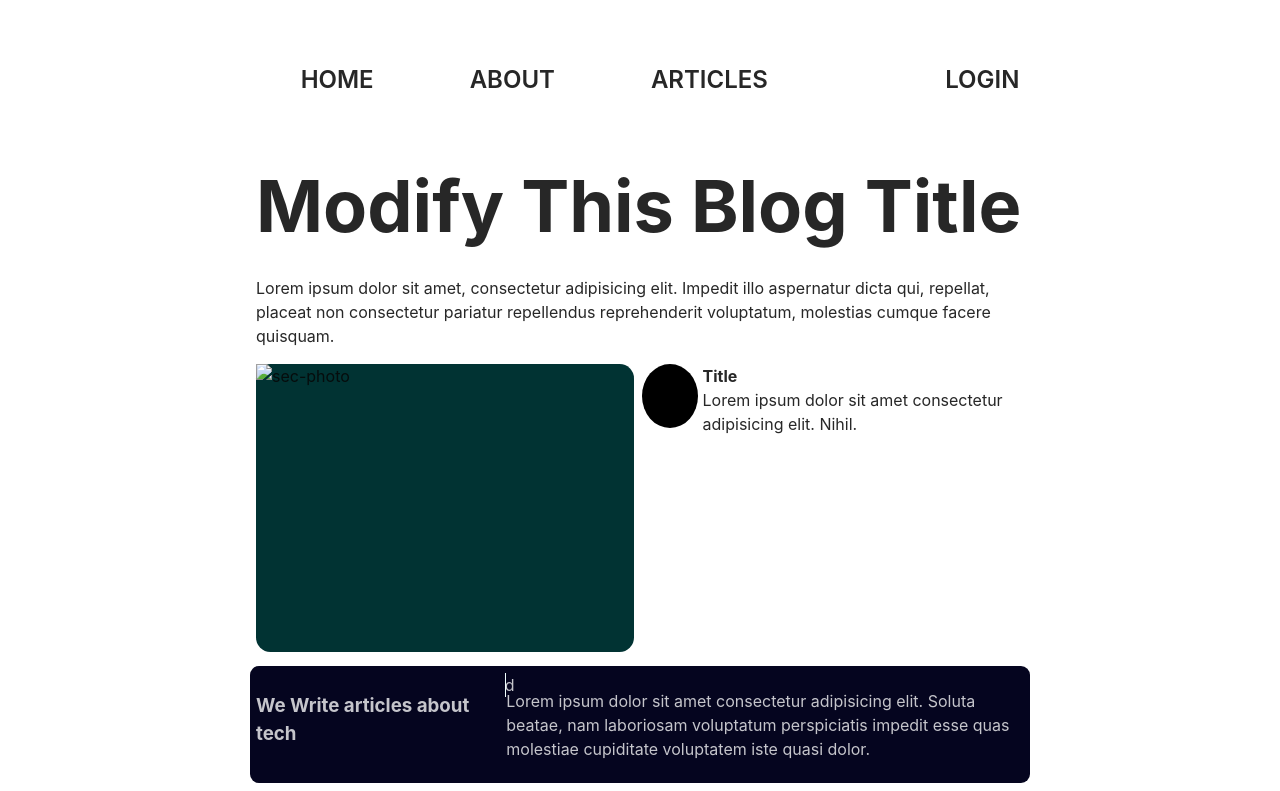
Repository: ValGrace/-static-site
Page: /home (app in client/)
The author's editor kept a copy of each file at every save. The page is drawn from the files as they stood at one save, then again after the next save.
The browser window is 1280 px wide. The pictures show the whole page.
The project was rebuilt for these pictures with package versions that can differ from the ones it lists, and the page was loaded fresh each time. Also part of the build but not shown: client/vite.config.js, client/src/Utils/appwrite.js, client/src/Components/Inputs.css, client/src/Components/Login.jsx, client/src/Components/Signup.jsx.

Above is the page before, as saved 2023-02-05 12:27:31.

After the next save:
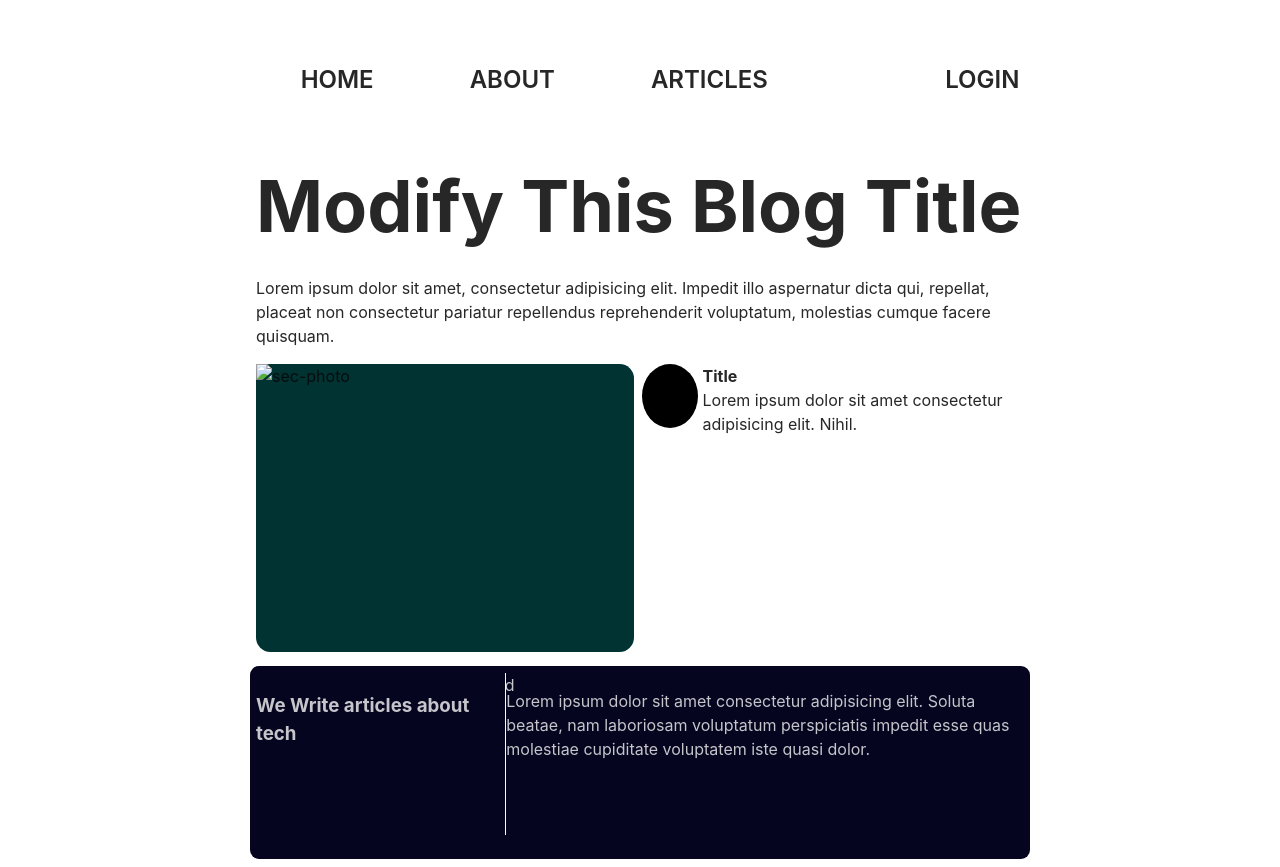
Saved 48 s later.
--- a/client/src/Components/Navbar.css
+++ b/client/src/Components/Navbar.css
@@ -71,6 +71,7 @@ nav > ul{
     margin-top: 0.9rem;
     display: flex;
     padding: 0.4rem;
+    height: 25vh;
 }
 .site-descr > p {
     width: 70%;
